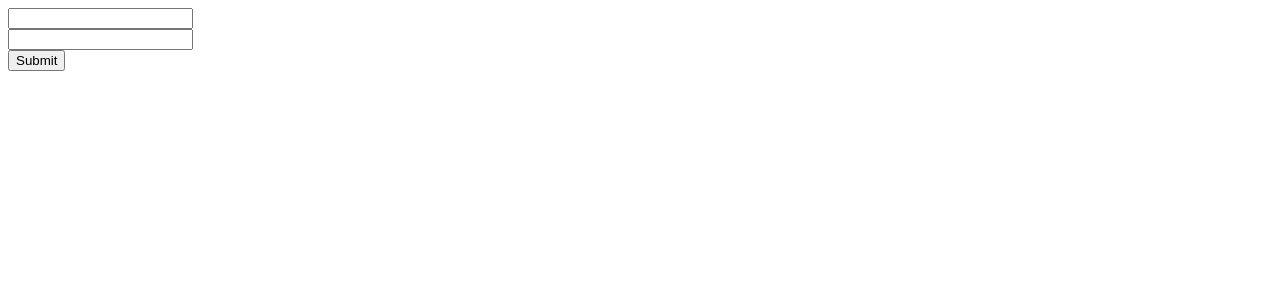
Repository: volhfx07132/Project-1
Page: http://localhost/Lap/login.jsp
An editor plug-in stored every save of this project. The page is shown before and after the next save, followed by the edit.
The browser window is 1280 px wide. The pictures show the whole page.
The page is served by Tomcat 9.

Above is the page before, as saved 2021-09-20 08:25:08.

After the next save:
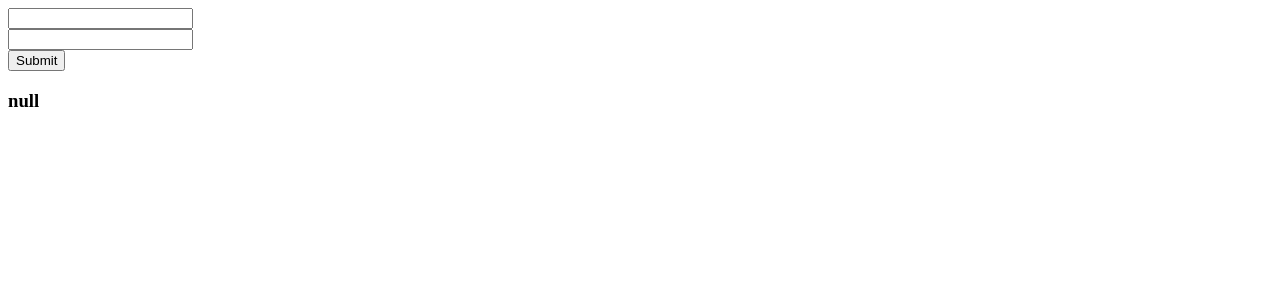
Saved 14 s later.
--- a/Lap/src/main/webapp/login.jsp
+++ b/Lap/src/main/webapp/login.jsp
@@ -13,6 +13,6 @@
           <input type="password" name="passwprd" value=""> <br>
           <input type="submit"><br>
      </form>
-     <h3></h3>
+     <h3><%=request.getAttribute("message") %></h3>
 </body>
 </html>
